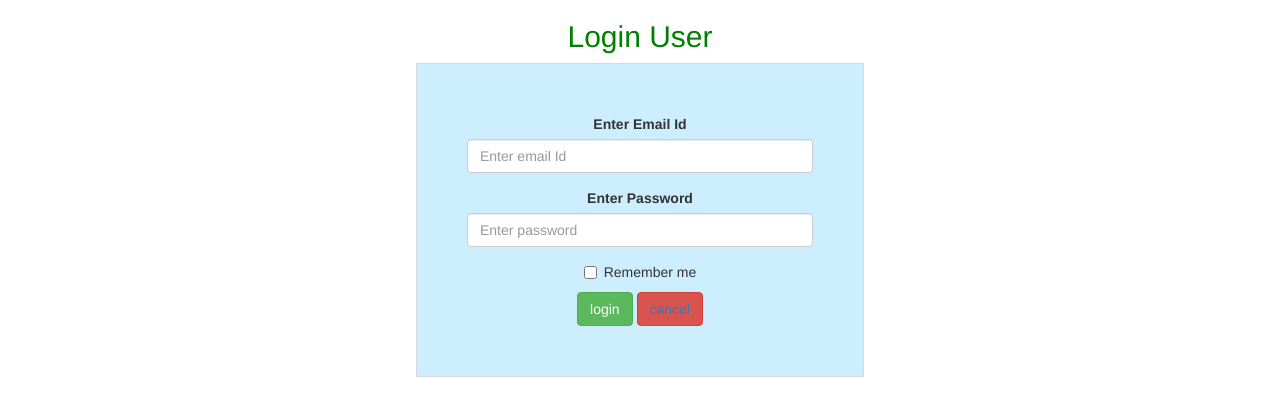
Repository: ashwinipatil321/ServletPrograms
Page: http://localhost/loginAndRegisterServlet/login.jsp
These files come from the project's save history. The page is drawn as it stood at one moment and after the next save; the edit follows.
The browser window is 1280 px wide. The pictures show the whole page.
Some web libraries are served in a nearby version. The page is served by Tomcat 9. Nobody is signed in. The application's start-up code is not run. Other server files are loaded and not shown.

Above is the page before, as saved 2017-11-07 12:08:29.

### loginAndRegisterServlet/WebContent/login.jsp
<%@ page language="java" contentType="text/html; charset=UTF-8"
	pageEncoding="UTF-8"%>
<!DOCTYPE html PUBLIC "-//W3C//DTD HTML 4.01 Transitional//EN" "http://www.w3.org/TR/html4/loose.dtd">
<html>
<head>
<title>welcome page</title>
<meta charset="utf-8">
<meta name="viewport" content="width=device-width, initial-scale=1">
<link rel="stylesheet"
	href="https://maxcdn.bootstrapcdn.com/bootstrap/3.3.7/css/bootstrap.min.css">
<script
	src="https://ajax.googleapis.com/ajax/libs/jquery/3.2.1/jquery.min.js"></script>
<script
	src="https://maxcdn.bootstrapcdn.com/bootstrap/3.3.7/js/bootstrap.min.js"></script>
<style type="text/css">

h2 {
    color: green;
    text-align: center;
}
center {
	border: 1px solid #D5D8DC;
	padding: 50px;
	margin: auto;
	background-color: #CCEEFF;
	width: 35%;
}
</style>
</head>
<body>

<h2>Login User</h2>
	<center>
		<form action="Login" method="post">
			<div class="form-group">
				<label for="email">Enter Email Id</label> <input type="email"
					class="form-control" id="emailId" placeholder="Enter email Id"
					name="emailId">
			</div>
			<div class="form-group">
				<label for="pwd">Enter Password</label> <input type="password"
					class="form-control" id="password" placeholder="Enter password"
					name="password">
			</div>
			<div class="checkbox">
				<label><input type="checkbox" name="remember">
					Remember me</label>
			</div>
			<button type="submit" class="btn btn-success">login</button>
			<button type="submit" class="btn btn-danger">
				<a href="Register.jsp">cancel</a>
			</button>
		</form>
	</center>
</body>
</html>

After the next save:
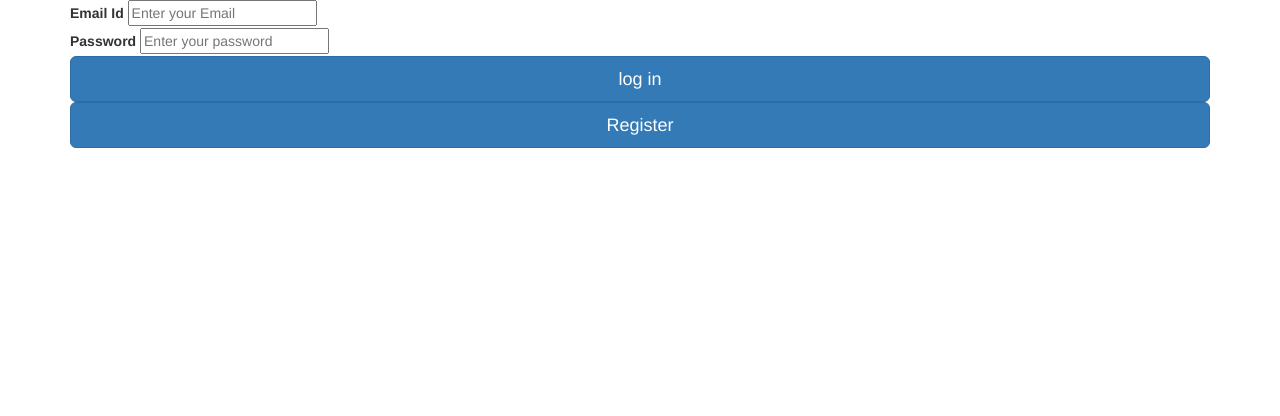
Not found: loginAndRegisterServlet/loginAndRegisterServlet/LogIn.css
Saved 8 min 44 s later.
--- a/loginAndRegisterServlet/WebContent/login.jsp
+++ b/loginAndRegisterServlet/WebContent/login.jsp
@@ -1,4 +1,4 @@
-<%@ page language="java" contentType="text/html; charset=UTF-8"
+<%-- <%@ page language="java" contentType="text/html; charset=UTF-8"
 	pageEncoding="UTF-8"%>
 <!DOCTYPE html PUBLIC "-//W3C//DTD HTML 4.01 Transitional//EN" "http://www.w3.org/TR/html4/loose.dtd">
 <html>
@@ -51,6 +51,99 @@ center {
 				<a href="Register.jsp">cancel</a>
 			</button>
 		</form>
-	</center>
+	</center> --%>
+<%@ page language="java" contentType="text/html; charset=UTF-8"
+    pageEncoding="UTF-8"%>
+<!DOCTYPE html PUBLIC "-//W3C//DTD HTML 4.01 Transitional//EN" "http://www.w3.org/TR/html4/loose.dtd">
+<html>
+<head>
+<meta http-equiv="Content-Type" content="text/html; charset=UTF-8">
+
+ <script src="https://ajax.googleapis.com/ajax/libs/jquery/3.2.1/jquery.min.js"></script>
+
+  <script src="https://maxcdn.bootstrapcdn.com/bootstrap/3.3.7/js/bootstrap.min.js"></script>
+
+  <link rel="stylesheet" href="https://maxcdn.bootstrapcdn.com/bootstrap/3.3.7/css/bootstrap.min.css">
+
+  <link  rel="stylesheet" type="text/css" href="LogIn.css">
+ <script type="text/javascript">
+ function validate(){
+		var email=document.getElementById("email").value;
+
+		var emailValidation=/^\w+@[a-zA-Z_]+?\.[a-zA-Z]{2,3}$/;
+		if(!emailValidation.test(email)) {
+			$("#email").css("border-color", "red");
+			$("#email").after( "<span id='errors'> <font color= 'red'> Not a valid email </font></span>")
+			//alert("Enter valid email address");
+			return false;
+		} else {
+			$("#email").css("border-color", "green");
+			$("#email").removeClass("errors");
+		}
+ }
+
+ </script>
+<title>Log in</title>
+</head>
+<body>
+
+<div class="container" >
+
+        <div class="card card-container">
+ <font color="red">
+ <%
+	String message=(String)request.getAttribute("error");
+	if(message!=null) {
+		out.println(message);
+		request.removeAttribute("error");
+	}
+%>
+</font>
+			<div class="row">
+
+			<div class="col-xs-12 col-sm-12 col-md-12">
+			<form action="LoginController" method="get" class="form-signin" onsubmit="return validate()">
+
+						<div class="row">
+
+							<div class="col-xs-12 col-sm-12 col-md-12">
+
+								    <span id="reauth-email" class="reauth-email" class="col-xs-12 col-sm-12 col-md-12">
+								    </span>
+
+									<label> Email Id</label>
+
+				               	    <input type="email" id="email" name ="email id" placeholder="Enter your Email" required>
+							 </div>
+						</div>
+					<div class="row">
+
+							<div class="col-xs-12 col-sm-12 col-md-12">
+
+									<label>Password </label>
+
+				                    <input type="password" name= "password" placeholder="Enter your password" required>
+							</div>
+					</div>
+					<div class="row">
+
+						<div class="col-xs-12 col-sm-12 col-md-12">
+
+							<button type="submit"  class="btn btn-lg btn-primary btn-block btn-signin">log in</button>
+
+						</div>
+					</div>
+
+
+
+			</form>
+		</div>
+	</div>
+	<a href="register.jsp"style="text-decoration: none;"><button type="submit" id="button"  class="btn btn-lg btn-primary btn-block btn-signin">Register</button></a>
+
+   </div><!-- /card-container -->
+</div><!-- container -->
+<!--  <script type="text/javascript" src="login.js"></script>
+ -->
 </body>
 </html>
